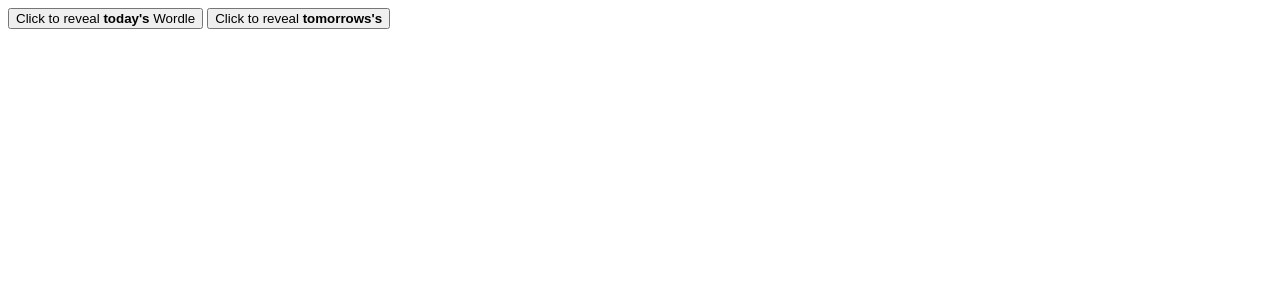
Repository: enoripl/tomorrows-wordle
Page: index.html
The author's editor kept a copy of each file at every save. The page is drawn from the files as they stood at one save, then again after the next save.
The browser window is 1280 px wide. The pictures show the whole page.

Above is the page before, as saved 2022-02-09 16:19:24.

After the next save:
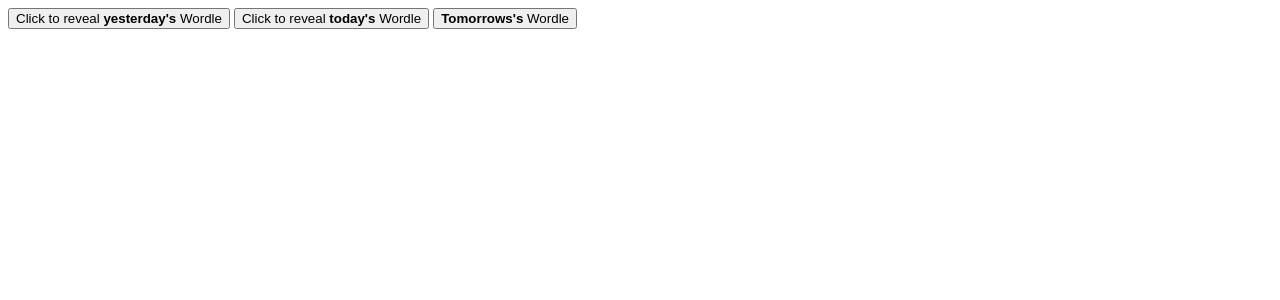
Saved 45 s later.
--- a/index.html
+++ b/index.html
@@ -9,7 +9,8 @@
     <title>Today's (and tommorow's Worlde)</title>
   </head>
   <body>
+      <button id="todays-btn">Click to reveal <b>yesterday's</b> Wordle</button>
       <button id="todays-btn">Click to reveal <b>today's</b> Wordle</button>
-      <button id="tomorrows-btn">Click to reveal <b>tomorrows's</b></button>
+      <button id="tomorrows-btn"><b>Tomorrows's</b> Wordle</button>
   </body>
 </html>
